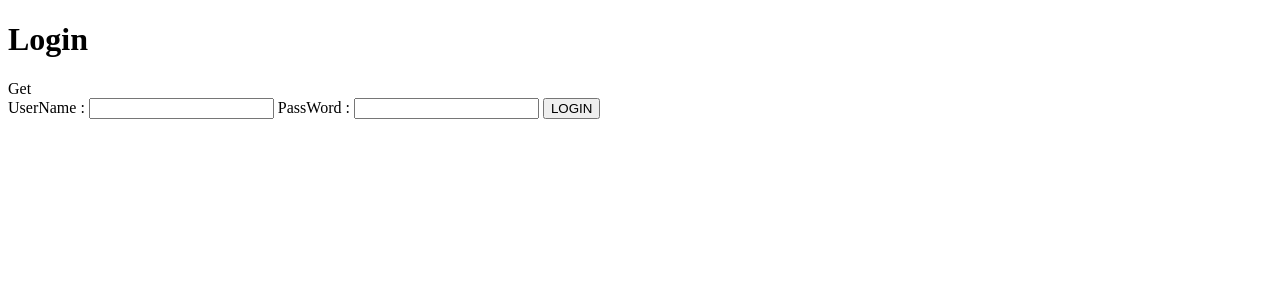
Repository: nguyentruong2303/projectJave
Page: http://localhost/testWeb/index.jsp
These files come from the project's save history. The page is drawn as it stood at one moment and after the next save; the edit follows.
The browser window is 1280 px wide. The pictures show the whole page.
The page is served by Tomcat 9.

Above is the page before, as saved 2020-08-10 10:52:00.

### testWeb/WebContent/index.jsp
<%@ page language="java" contentType="text/html; charset=UTF-8"
    pageEncoding="UTF-8"%>
<!DOCTYPE html>
<html>
<head>
<meta charset="UTF-8">
<title>Insert title here</title>
</head>
<body>
<h1>Login</h1>
<div>
Get <br/>
<form action="login1"method="get">
UserName : <input type="text" name="uname">
PassWord : <input type="text" name="upass">
<input type="submit" value="LOGIN">
</form>
</div>
</body>
</html>

After the next save:
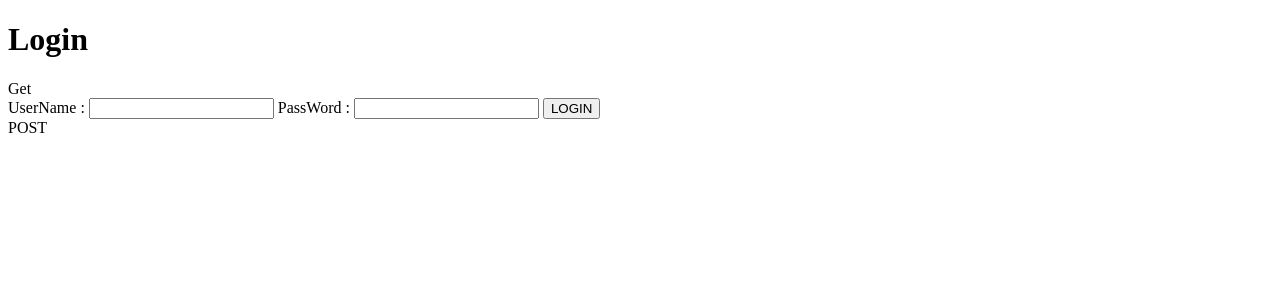
Saved 15 s later.
--- a/testWeb/WebContent/index.jsp
+++ b/testWeb/WebContent/index.jsp
@@ -15,6 +15,7 @@
 PassWord : <input type="text" name="upass">
 <input type="submit" value="LOGIN">
 </form>
+POST <br>
 </div>
 </body>
 </html>
